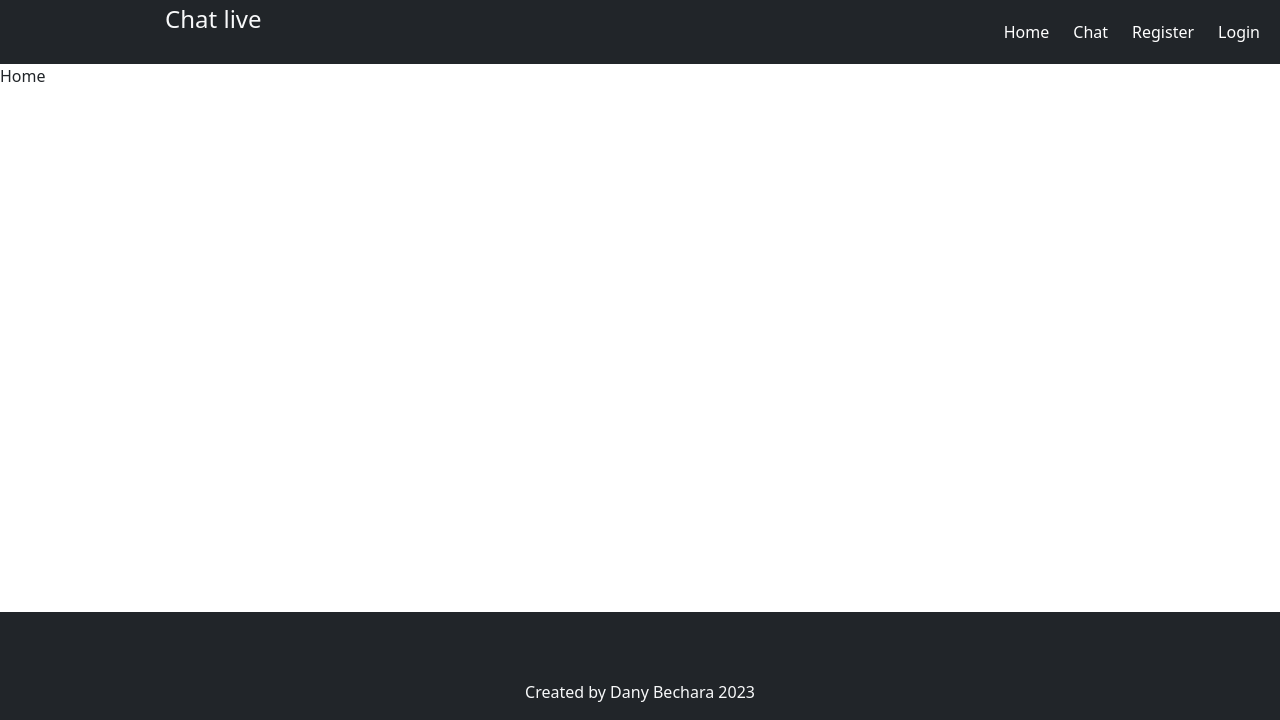
Repository: bechara611/chatv2
Page: /
The author's editor kept a copy of each file at every save. The page is drawn from the files as they stood at one save, then again after the next save.
The browser window is 1280 px wide. The pictures show the whole page.
The project was rebuilt for these pictures with package versions that can differ from the ones it lists, and the page was loaded fresh each time. Also part of the build but not shown: src/auth/components/login.jsx, src/auth/components/register.jsx.

Above is the page before, as saved 2023-03-02 17:38:21.

After the next save:
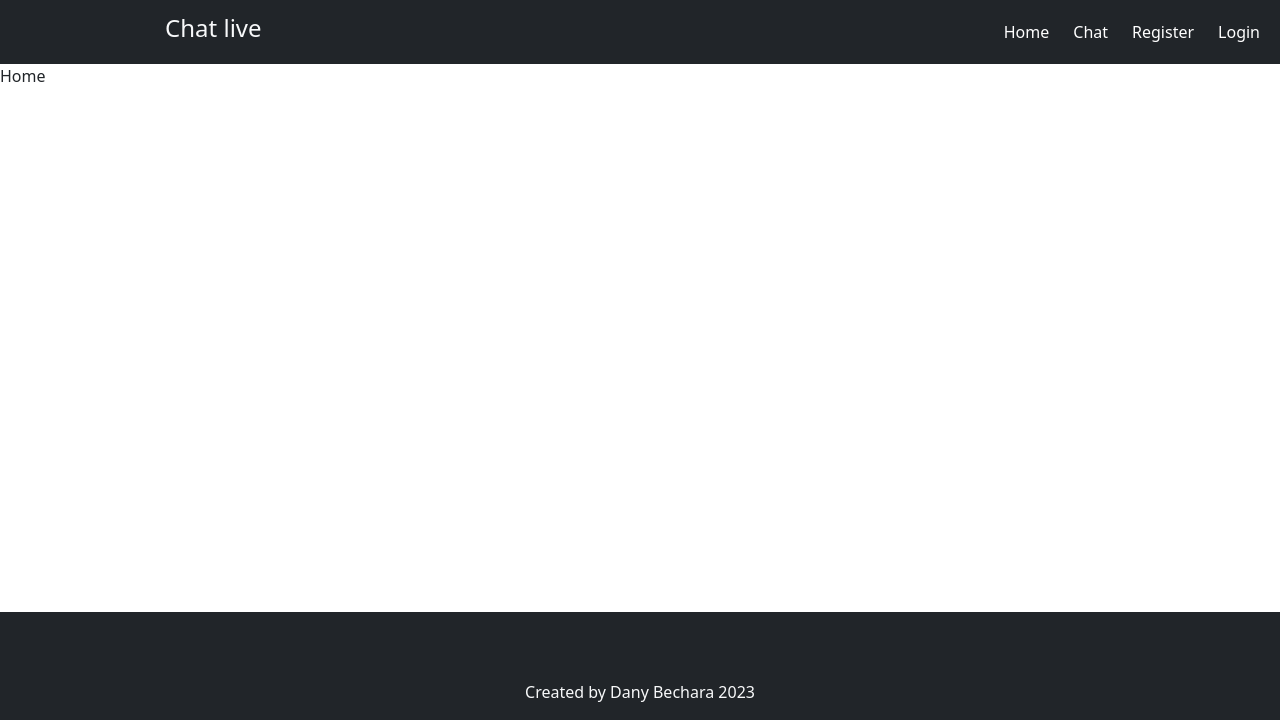
Saved 42 s later.
--- a/src/ui/components/Header.css
+++ b/src/ui/components/Header.css
@@ -6,6 +6,11 @@
 .titulo-header{
     text-align: center;
     padding: 5px;
+    display: flex;
+    flex-direction: row;
+    justify-content: center;
+    align-items: center;
+    align-self: center;
 }
 .contenedor-menu{
     display: flex;
